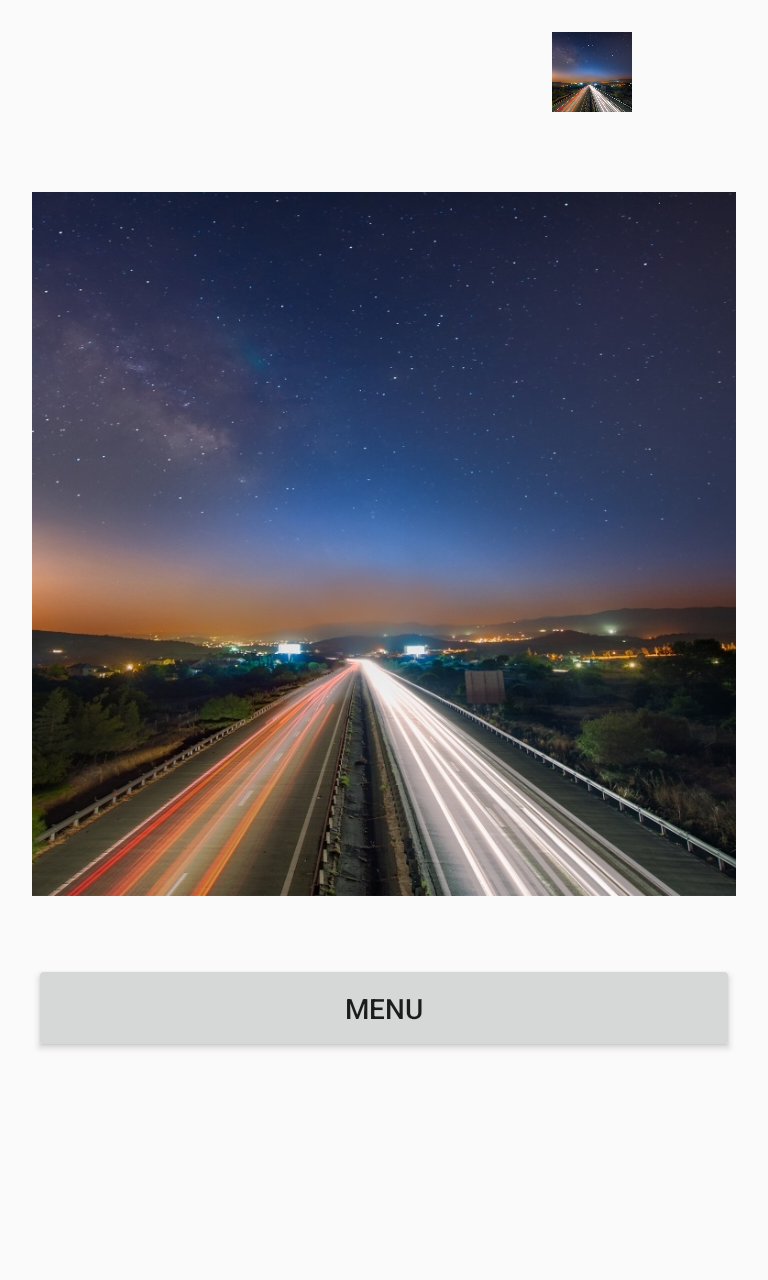
Repository: MarcSelles/nPuzzle10447768
Layout: NPuzzle10447768/res/layout/activity_playing.xml
An editor plug-in stored every save of this project. The layout is shown before and after the next save, followed by the edit.
It is drawn on a 768 x 1280 px phone screen (xhdpi) without system bars, with theme AppTheme; the app's code is not run.

Above is the layout before, as saved 2014-11-23 15:45:00.

After the next save:
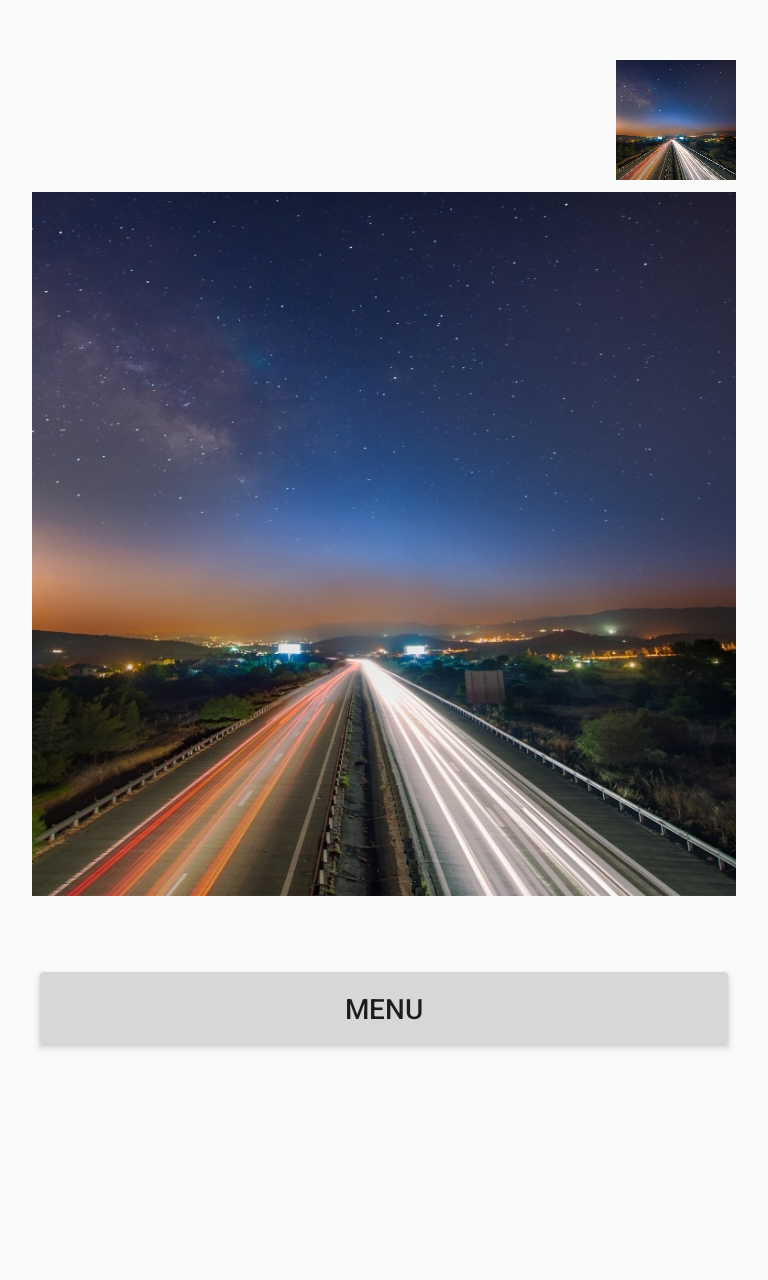
Saved 22 s later.
--- a/NPuzzle10447768/res/layout/activity_playing.xml
+++ b/NPuzzle10447768/res/layout/activity_playing.xml
@@ -27,11 +27,11 @@
 
     <ImageView
         android:id="@+id/imageView2"
-        android:layout_width="40dp"
-        android:layout_height="40dp"
+        android:layout_width="60dp"
+        android:layout_height="60dp"
         android:layout_alignRight="@+id/imageView1"
         android:layout_alignTop="@+id/imageView1"
-        android:layout_marginRight="52dp"
+        android:layout_marginTop="14dp"
         android:src="@drawable/rush_hour" />
 
 </RelativeLayout>
